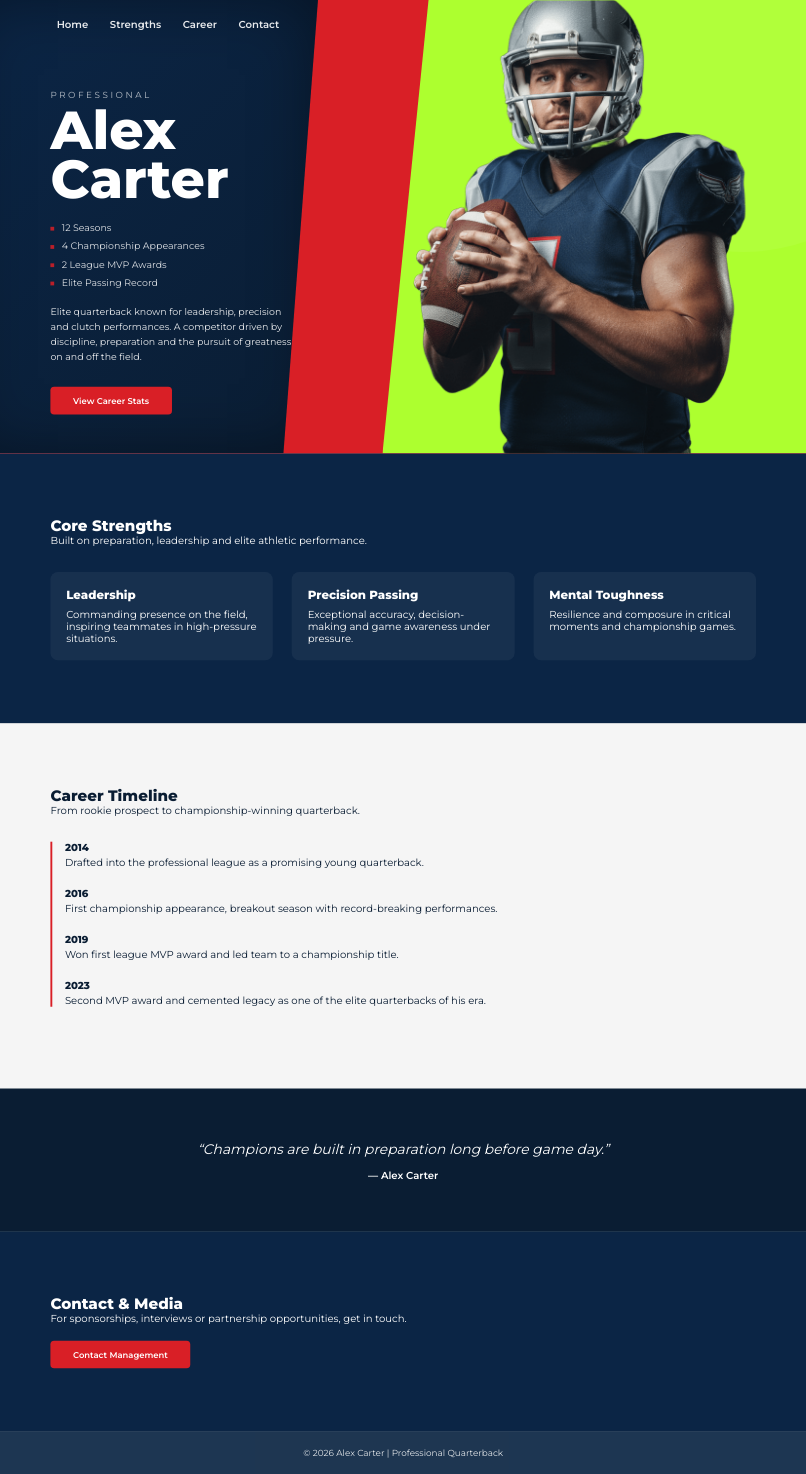
Repository: davidfsillva/Alex-Carter
Page: index.html
The author's editor kept a copy of each file at every save. The page is drawn from the files as they stood at one save, then again after the next save.
The browser window is 1280 px wide. The pictures show the whole page, at 63% of full size.

Above is the page before, as saved 2026-02-11 09:02:55.

After the next save:
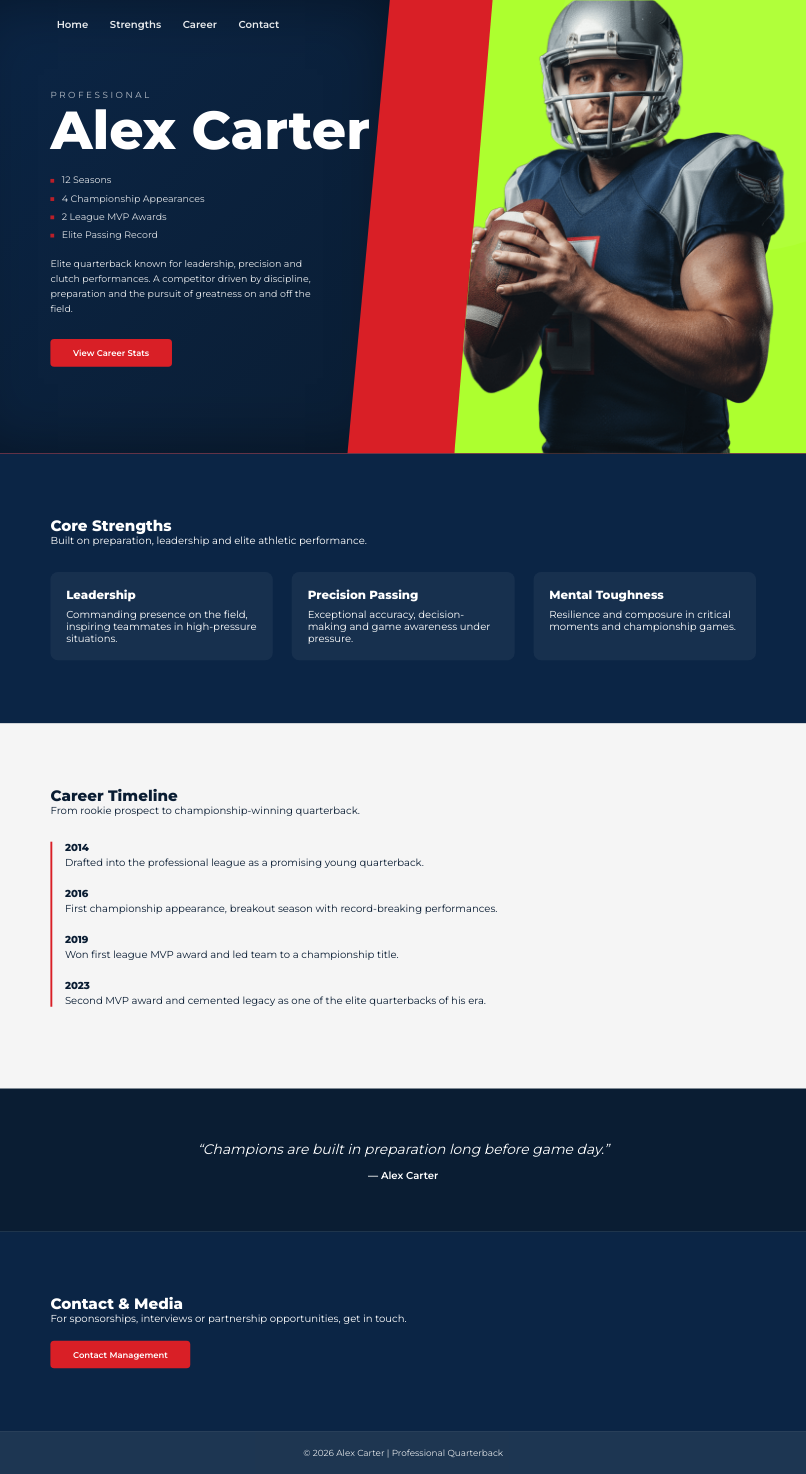
Saved 32 s later.
--- a/style.css
+++ b/style.css
@@ -60,7 +60,7 @@
 
 /* HERO LEFT */
 .hero-left {
-  width: 55%;
+  width: 80%;
   background: linear-gradient(135deg, #0b2545, #0a1d33);
   padding: 140px 80px;
   color: #fff;
